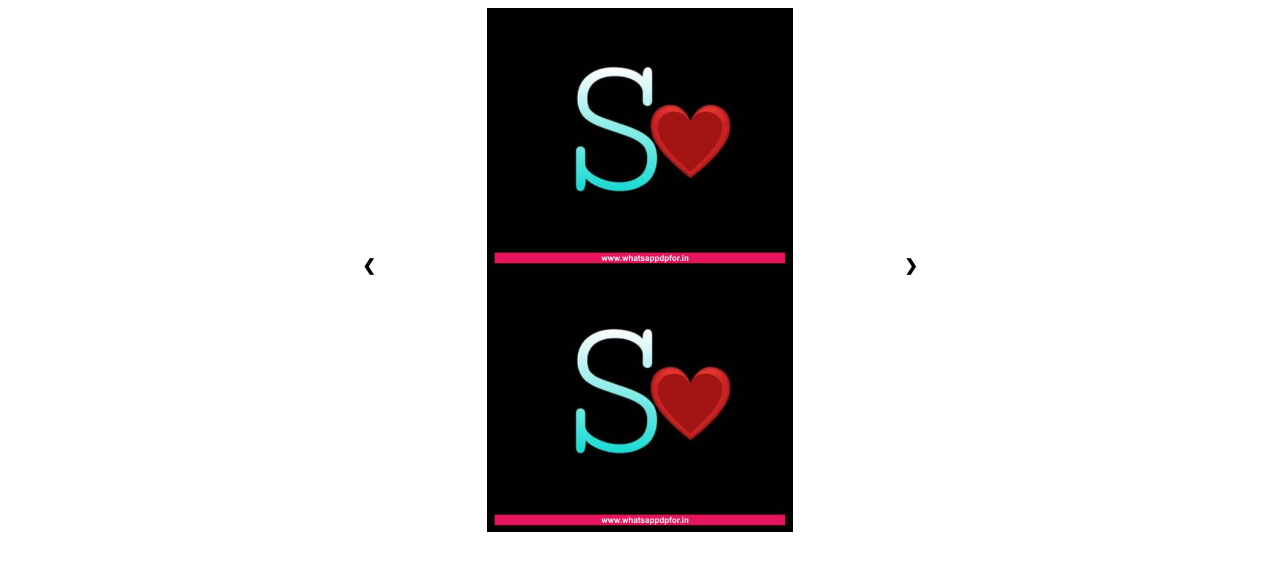
Repository: SAYYODTURINALIYEV/sassasa
Page: slider.html
An editor plug-in stored every save of this project. The page is shown before and after a run of saves, followed by the edit.
The browser window is 1280 px wide. The pictures show the whole page.

Above is the page before, as saved 2022-05-19 16:30:07.

### slider.html
<!DOCTYPE html>
<html lang="en">

<head>
    <meta charset="UTF-8">
    <meta http-equiv="X-UA-Compatible" content="IE=edge">
    <meta name="viewport" content="width=device-width, initial-scale=1.0">
    <title>Slider.uz</title>
    <link rel="stylesheet" href="slider.css">
</head>

<body>

    <div class="rasmlar">
        <div class="imageSlides">
            <img src="images/s1.jpg">
            <img src="images/s1.jpg">
        </div>

        <div class="imageSlides">
            <img src="images/s3.jpg">
        </div>
        <a class="slider-btn previous" onclick="setSlides(-1)">❮</a>
        <a class="slider-btn next" onclick="setSlides(1)">❯</a>
    </div>


    <script src="slider.js"></script>
</body>

</html>

### slider.css
img {
    margin: auto;
    display: block;
    width: 50%;
}

.rasmlar {
    max-width: 612px;
    position: relative;
    margin: auto;
}

.slider-btn {
    cursor: pointer;
    position: absolute;
    top: 50%;
    width: auto;
    padding: 8px 16px;
    margin-top: -22px;
    color: rgb(0, 0, 0);
    font-weight: bold;
    box-shadow: ;
    transition: 0.6s ease;
    border-radius: 0 3px 3px 0;
    user-select: none;
    border-radius: 50%;
}

.previous {
    left: 2%;
}

.next {
    right: 2%;
}

### slider.js
var currentIndex = 1;
displaySlides(currentIndex);

function displaySlides(num) {
    var x;
    var slides = document.getElementsByClassName("imageSlides");
    if (num > slides.length) { currentIndex = 1 }
    if (num < 1) { currentIndex = slides.length }
    for (x = 0; x < slides.length; x++) {
        slides[x].style.display = "none";
    }
    slides[currentIndex - 1].style.display = "block";
}

function setSlides(num) {
    displaySlides(currentIndex += num);
}

After the next 2 saves:
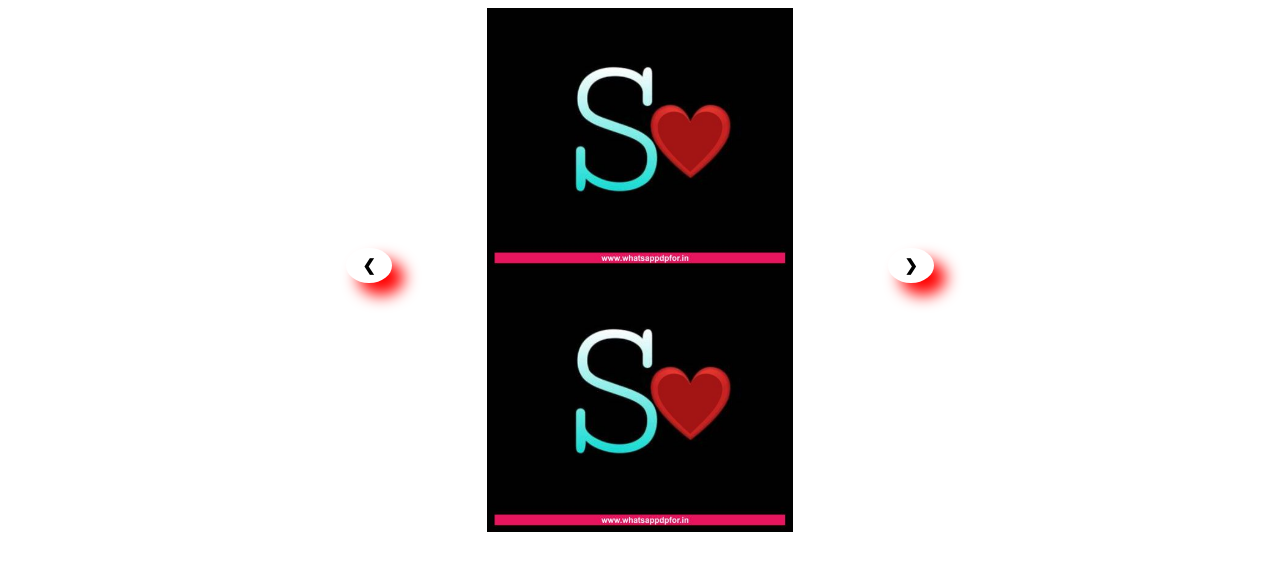
The 2 saves are shown as one change because they came seconds apart.
The last was saved 7 s later.
--- a/slider.css
+++ b/slider.css
@@ -19,7 +19,7 @@
     margin-top: -22px;
     color: rgb(0, 0, 0);
     font-weight: bold;
-    box-shadow: ;
+    box-shadow: 12px 12px 16px red;
     transition: 0.6s ease;
     border-radius: 0 3px 3px 0;
     user-select: none;
